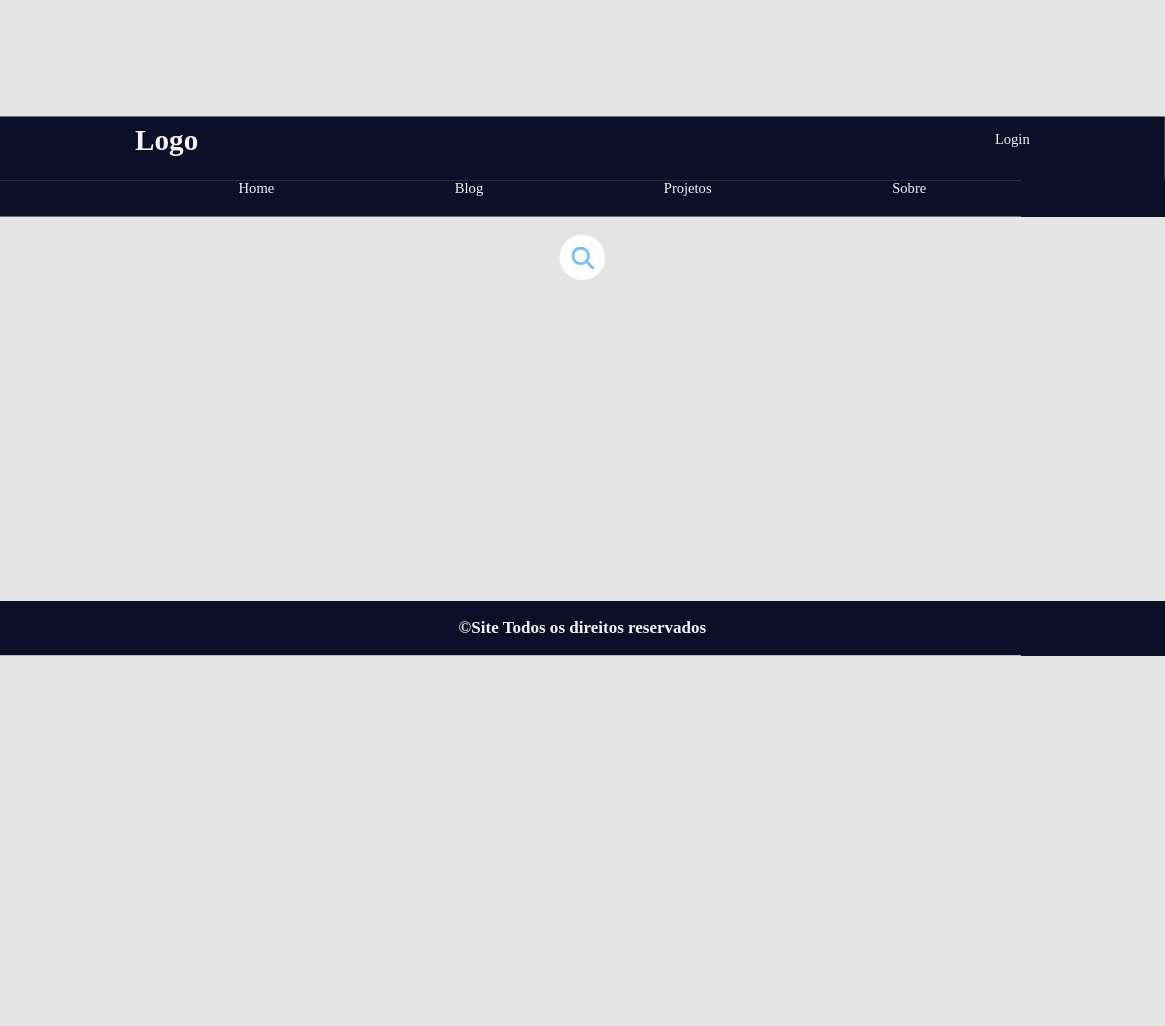
Repository: SauloMorais01/mysitefront-end
Page: src/pages/blog.html
The author's editor kept a copy of each file at every save. The page is drawn from the files as they stood at one save, then again after the next save.
The browser window is 1280 px wide. The pictures show the whole page, at 91% of full size.
Some web libraries are served in a nearby version.

Above is the page before, as saved 2024-11-03 13:43:41.

After the next save:
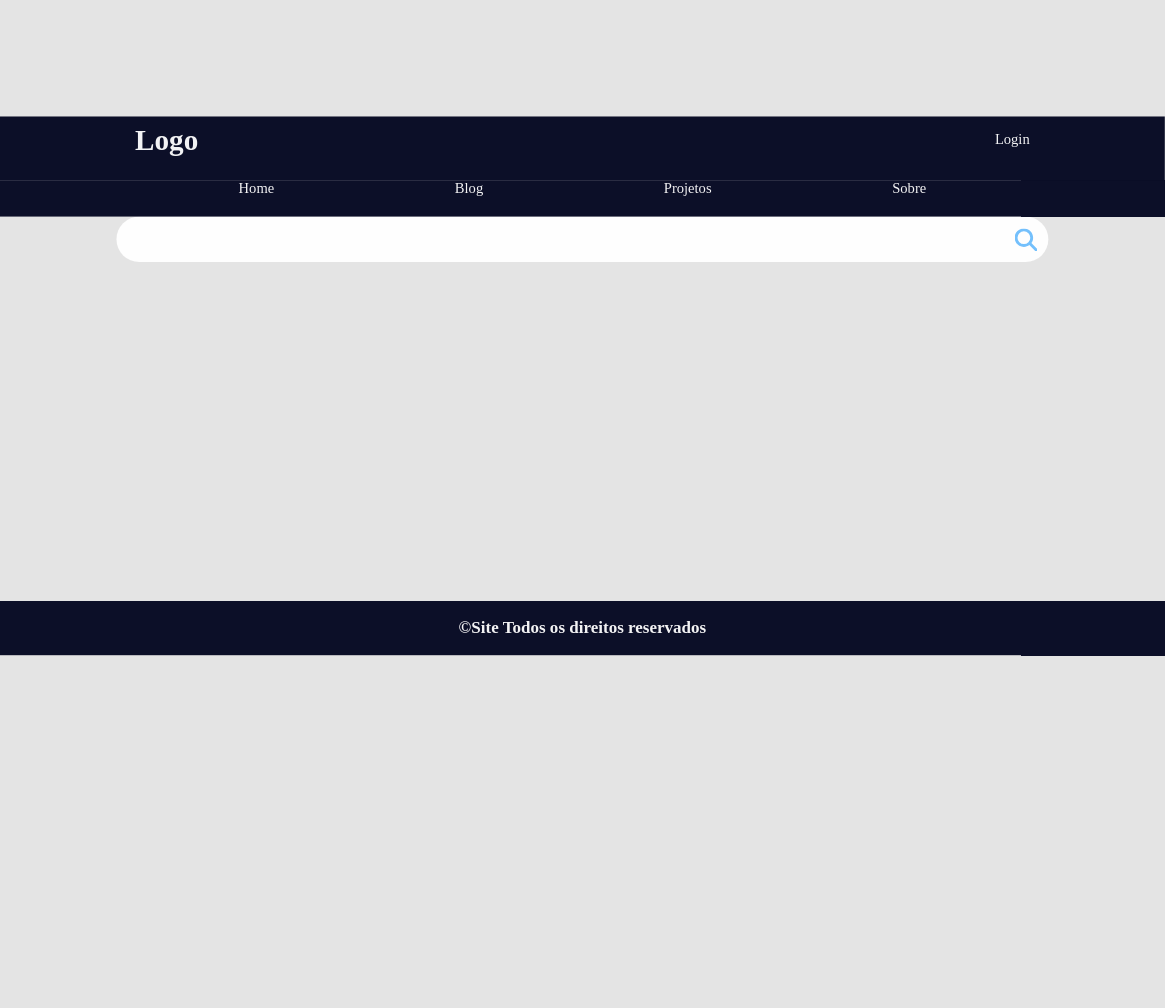
Saved 22 s later.
--- a/src/css/style.css
+++ b/src/css/style.css
@@ -157,13 +157,13 @@ footer h3 {
 }
 
 /* Search area */
-.search-item {
+/* .search-item {
     position: relative;
     display: flex;
     margin-top: 20px;
     justify-content: center;
     align-items:center;
-}
+} */
 
 .search-box {
     display: flex;
